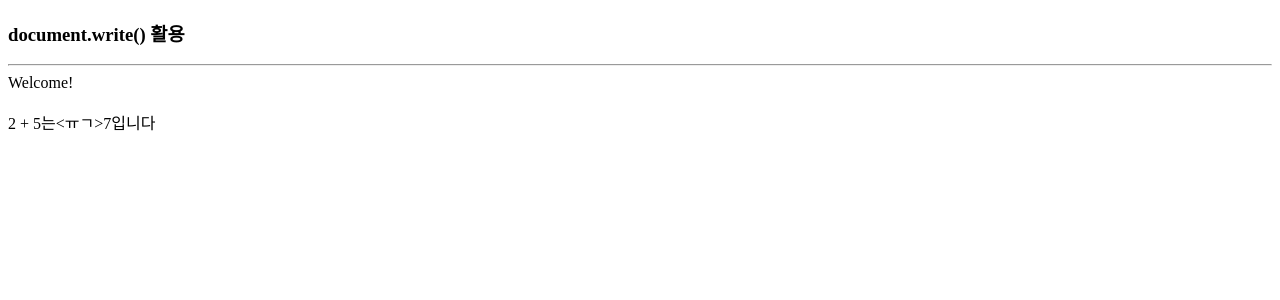
Repository: jin4344/study
Page: write/writetast.html
An editor plug-in stored every save of this project. The page is shown before and after the next save, followed by the edit.
The browser window is 1280 px wide. The pictures show the whole page.

Above is the page before, as saved 2023-05-21 15:55:35.

After the next save:
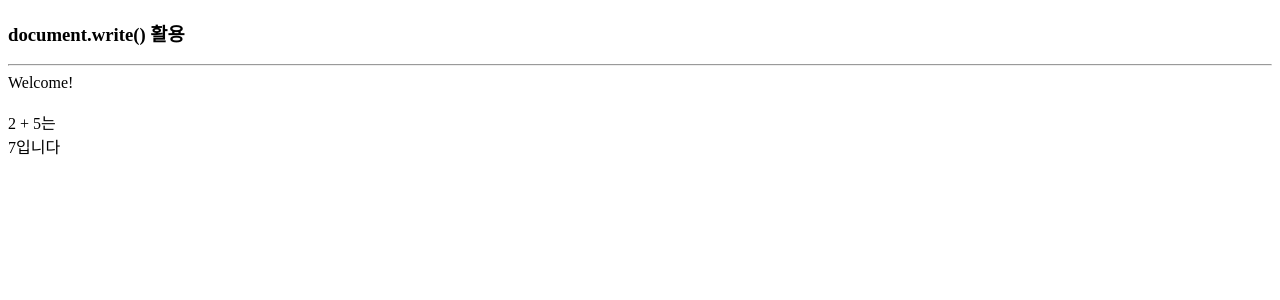
Saved 4 s later.
--- a/write/writetast.html
+++ b/write/writetast.html
@@ -10,7 +10,7 @@
   <script>
     document.write(`<h3>document.write() 활용</h3><hr>`);
     document.write(`<span>Welcome!<span><br><br>`);
-    document.write(`<span>2 + 5는</span><ㅠㄱ>`);
+    document.write(`<span>2 + 5는</span><br>`);
     document.write(`<span>${2 + 5}입니다</span>`);
   </script>
 </html>
